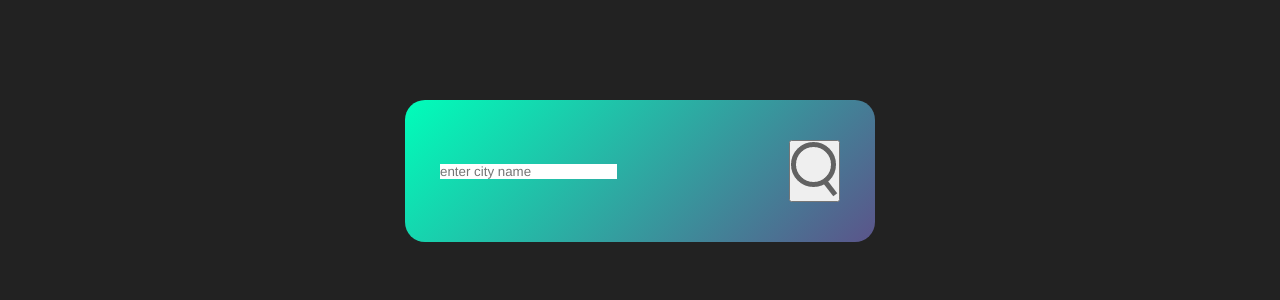
Repository: sodmaq/weatherApp
Page: index.html
The author's editor kept a copy of each file at every save. The page is drawn from the files as they stood at one save, then again after a run of saves.
The browser window is 1280 px wide. The pictures show the whole page.

Above is the page before, as saved 2023-06-24 22:04:23.

After the next 3 saves:
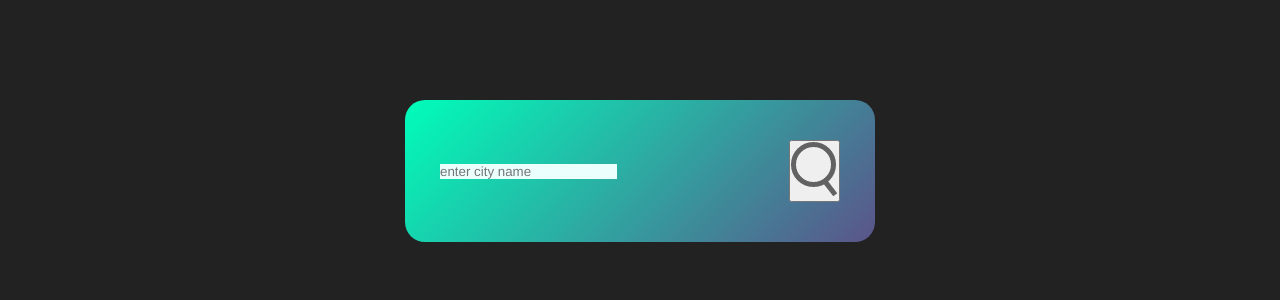
The 3 saves are shown as one change because they came seconds apart.
The last was saved 10 s later.
--- a/style.css
+++ b/style.css
@@ -28,5 +28,5 @@ body {
 .search input{
     border: 0;
     outline: 0;
-    background: ;
+    background: #ebfffc;
 }
